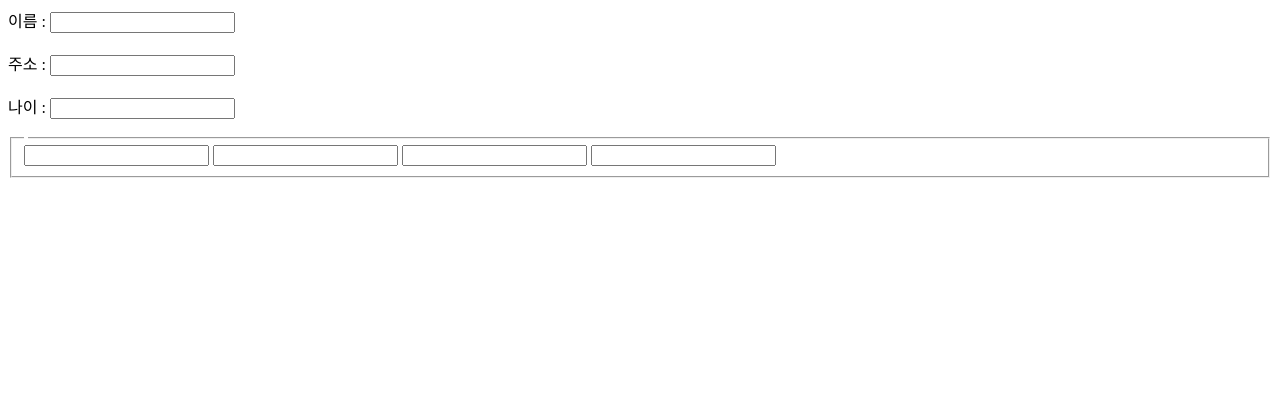
Repository: Rua1006/JSP
Page: practice01/WebContent/input.html
The author's editor kept a copy of each file at every save. The page is drawn from the files as they stood at one save, then again after the next save.
The browser window is 1280 px wide. The pictures show the whole page.

Above is the page before, as saved 2022-10-17 07:04:31.

After the next save:
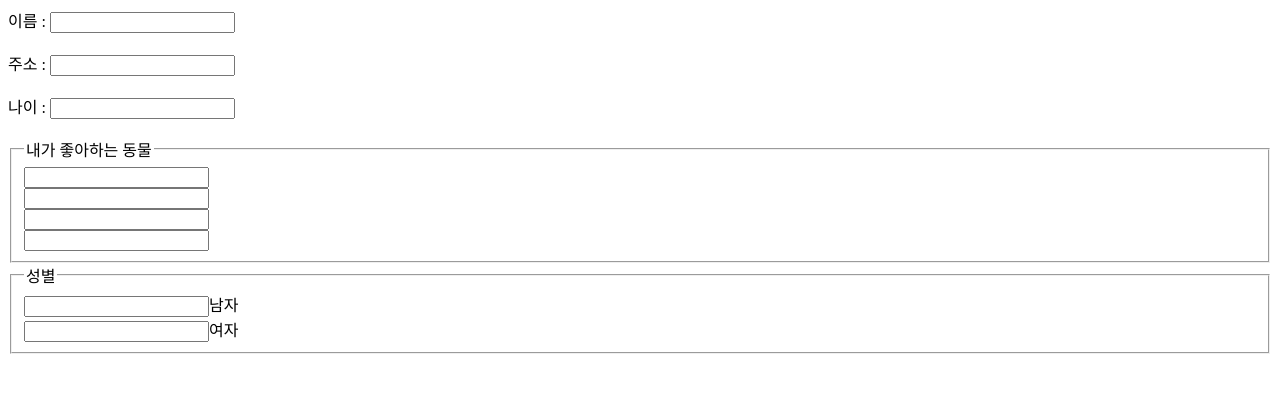
Saved 87 s later.
--- a/practice01/WebContent/input.html
+++ b/practice01/WebContent/input.html
@@ -10,11 +10,16 @@
 	주소 : <input type="" name=""><br><br>
 	나이 : <input type="" name=""><br><br>
 	<fieldset>
-		<legend></legend>
-		<input type="" name="" value="" />
-		<input type="" name="" value="" />
-		<input type="" name="" value="" />
-		<input type="" name="" value="" />
+		<legend>내가 좋아하는 동물</legend>
+		<input type="" name="" value="" /><br>
+		<input type="" name="" value="" /><br>
+		<input type="" name="" value="" /><br>
+		<input type="" name="" value="" /><br>
+	</fieldset>
+	<fieldset>
+		<legend>성별</legend>
+		<input type="" name="" value="" checked>남자<br>
+		<input type="" name="" value="" >여자<br>
 	</fieldset>
 </form>
 </body>
